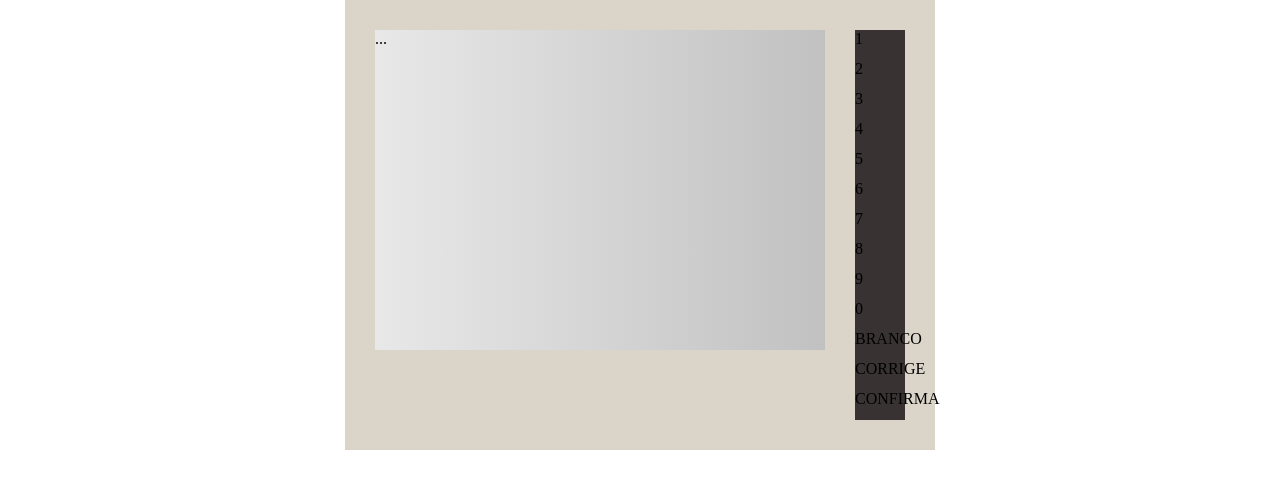
Repository: ThiagoIturra/urnaJs
Page: index.html
The author's editor kept a copy of each file at every save. The page is drawn from the files as they stood at one save, then again after a run of saves.
The browser window is 1280 px wide. The pictures show the whole page.

Above is the page before, as saved 2022-01-05 15:57:17.

After the next 2 saves:
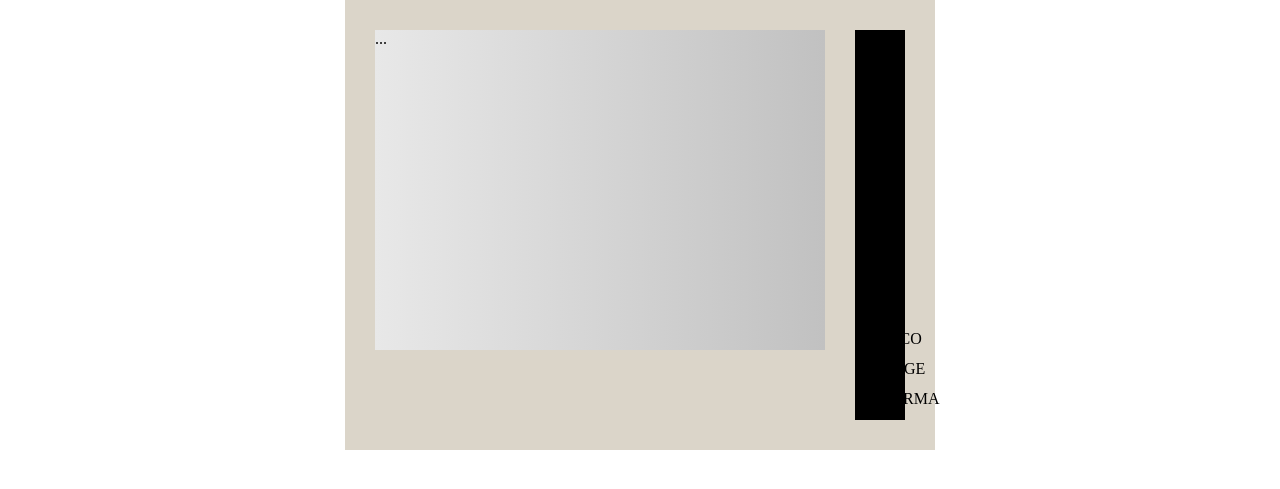
The 2 saves are shown as one change because they came seconds apart.
The last was saved 12 s later.
--- a/style.css
+++ b/style.css
@@ -25,5 +25,5 @@ body {
 .keyboard--button {
     width: 50px;
     height: 30px;
-    background-color: rgba(0, 0, 0, 0.133);
+    background-color: #000;
 }
